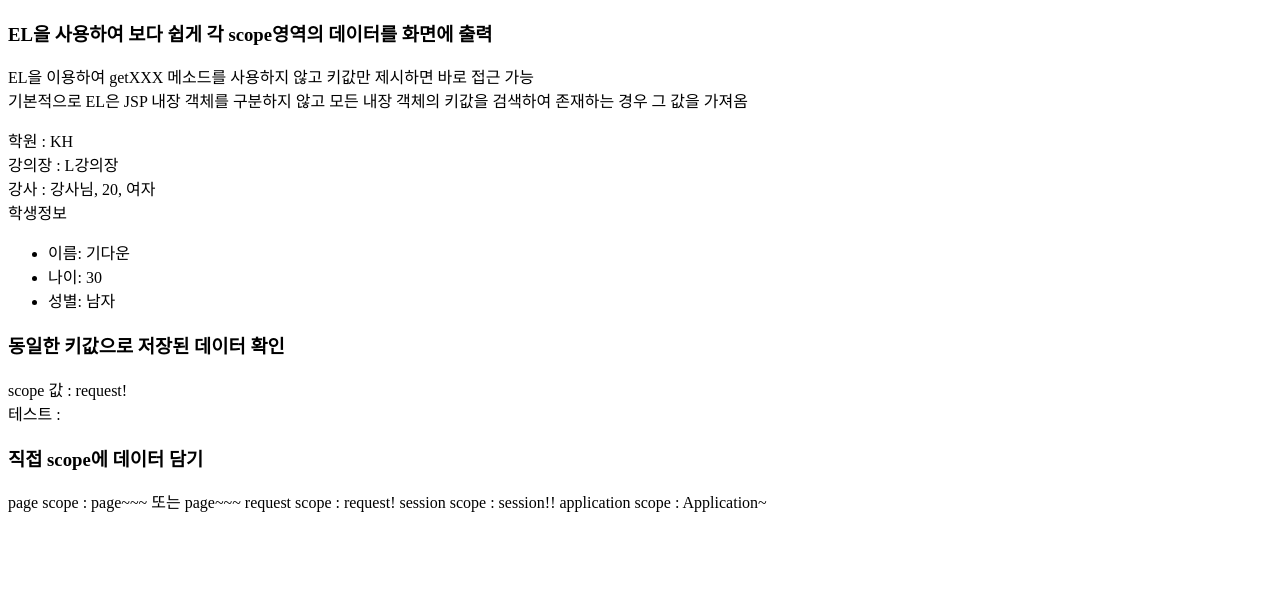
Repository: hailey-516/servlet
Page: http://localhost/3_elAction/el.do
The author's editor kept a copy of each file at every save. The page is drawn from the files as they stood at one save, then again after the next save.
The browser window is 1280 px wide. The pictures show the whole page.
The page is served by Tomcat 9.

Above is the page before, as saved 2024-08-26 03:22:39.

After the next save:
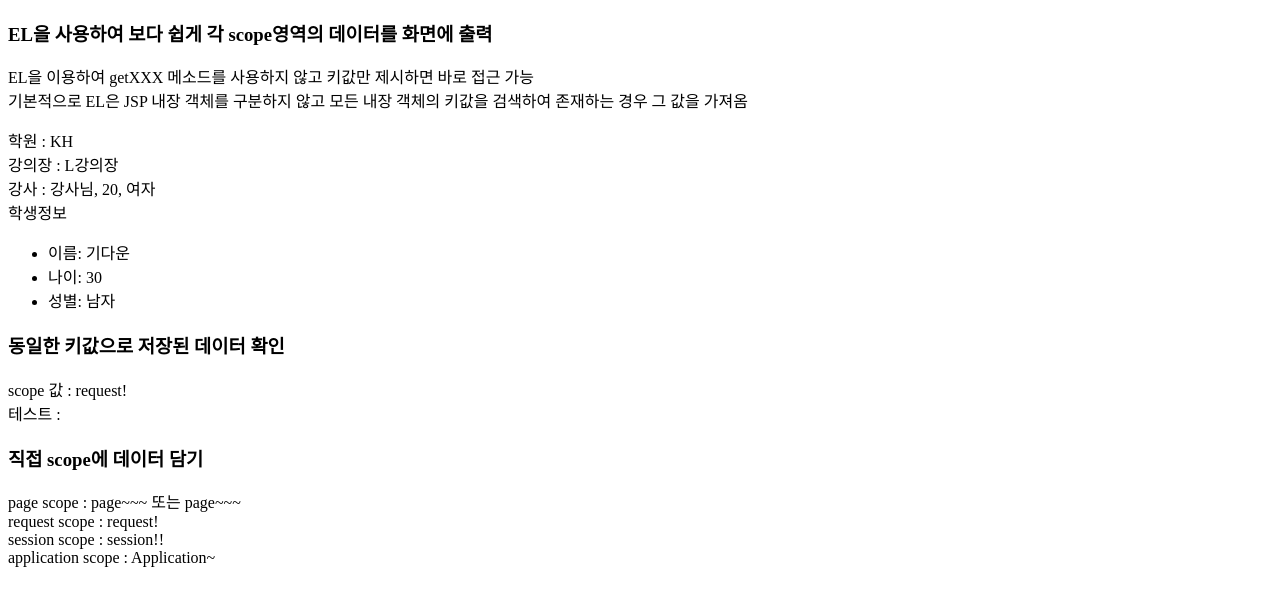
Saved 18 s later.
--- a/3_elAction/src/main/webapp/views/1_EL/01_el.jsp
+++ b/3_elAction/src/main/webapp/views/1_EL/01_el.jsp
@@ -70,9 +70,9 @@
 	 	pageContext.setAttribute("scope", "page~~~");
 	 %>
 
-	 page scope : ${ scope } 또는 ${ pageScope.scope }
-	 request scope : ${ requestScope.scope }
-	 session scope : ${ sessionScope.scope }
+	 page scope : ${ scope } 또는 ${ pageScope.scope } <br>
+	 request scope : ${ requestScope.scope } <br>
+	 session scope : ${ sessionScope.scope } <br>
 	 application scope : ${ applicationScope.scope }
 
 </body>
